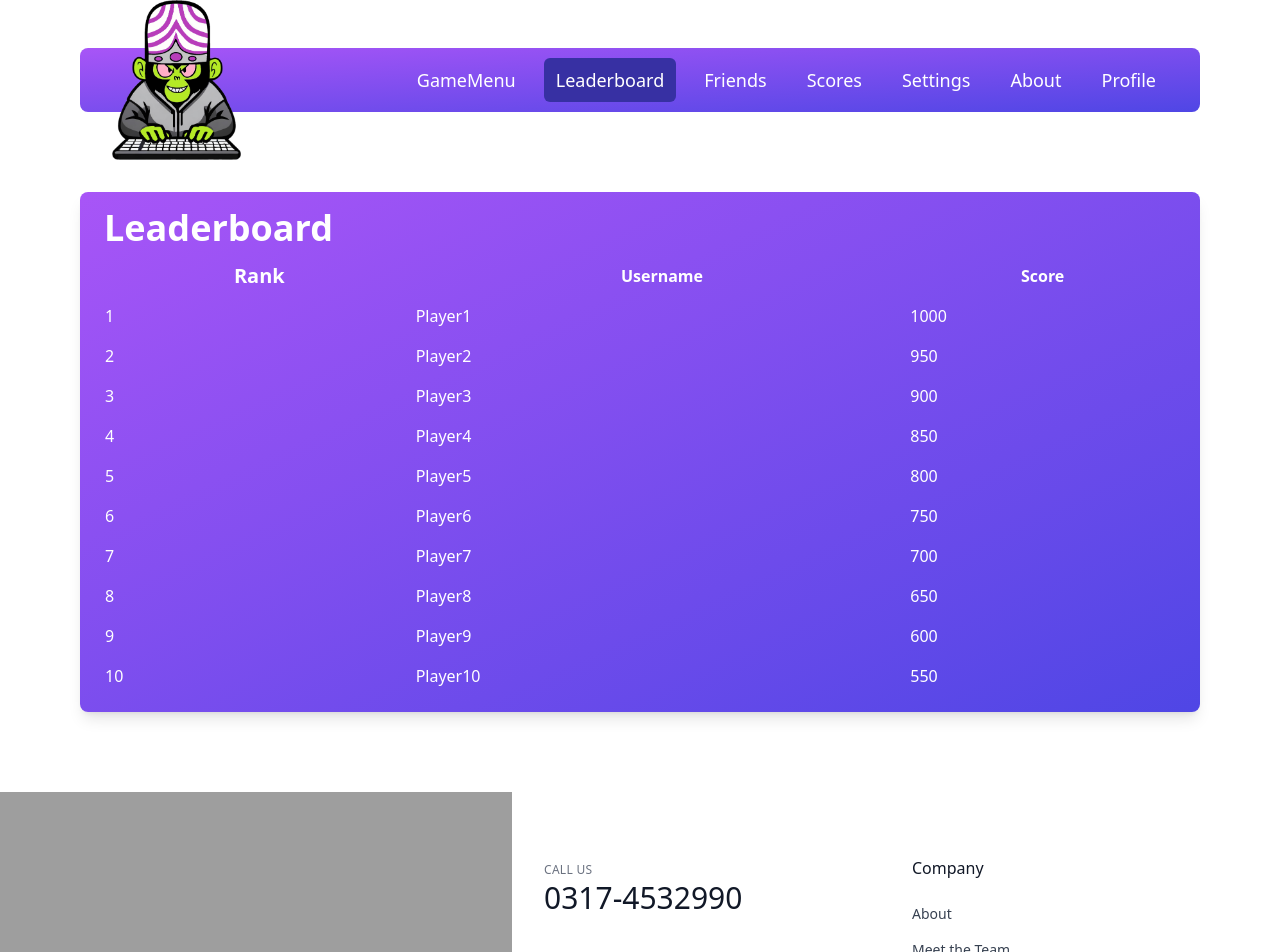
Repository: shaafsalman/notMonkeyType
Page: /Leaderboards (app in not-monkeytype-vite/)
The author's editor kept a copy of each file at every save. The page is drawn from the files as they stood at one save, then again after the next save.
The browser window is 1280 px wide. The pictures show the part of the page from y = 0 to 952 px (the page is 1237 px tall).
Pictures or frames that could not be fetched are drawn as grey boxes. The project was rebuilt for these pictures with package versions that can differ from the ones it lists, and the page was loaded fresh each time. Also part of the build but not shown: not-monkeytype-vite/vite.config.js, not-monkeytype-vite/src/components/Page-Parts/GameMenu.jsx, not-monkeytype-vite/src/components/Page-Parts/Friends.jsx, not-monkeytype-vite/src/components/Page-Parts/Scores.jsx, not-monkeytype-vite/src/components/Page-Parts/Settings.jsx, not-monkeytype-vite/src/components/Page-Parts/Profile.jsx, not-monkeytype-vite/src/components/Page-Parts/NoPage.jsx.

Above is the page before, as saved 2024-05-01 03:52:03.

After the next save:
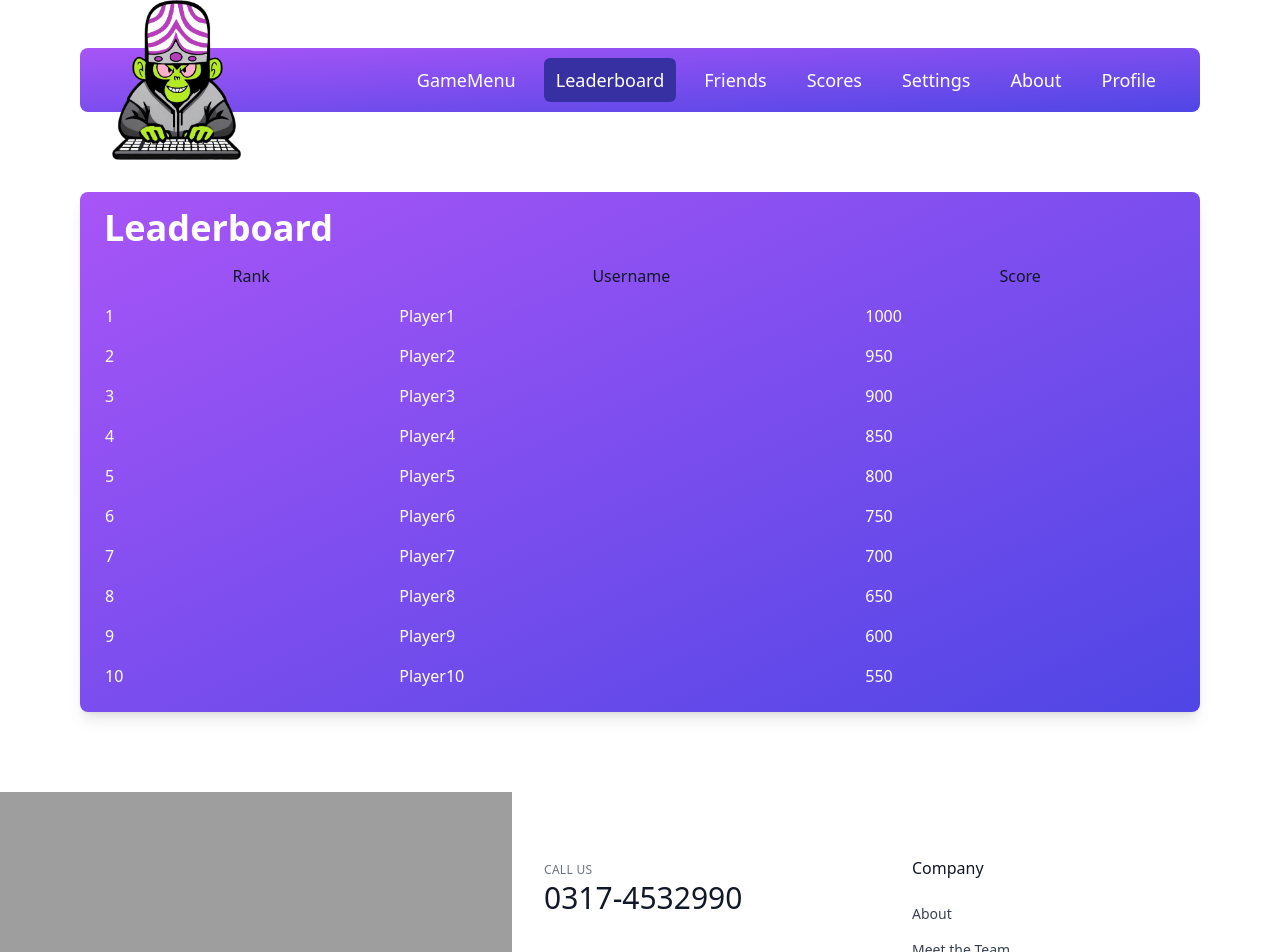
Saved 25 s later.
--- a/not-monkeytype-vite/src/components/Page-Parts/Leaderboards.jsx
+++ b/not-monkeytype-vite/src/components/Page-Parts/Leaderboards.jsx
@@ -23,13 +23,13 @@ const Leaderboards = () => {
           <div className="font-bold text-4xl text-white mb-2">Leaderboard</div>
           <div className="overflow-x-auto">
             <table className="w-full text-white">
-              <thead>
-                <tr>
-                  <th className="py-1 font-bold text-xl">Rank</th>
-                  <th className="py-2">Username</th>
-                  <th className="py-2">Score</th>
-                </tr>
-              </thead>
+            <thead className="ltr:text-left rtl:text-right">
+            <tr>
+              <th className="whitespace-nowrap px-4 py-2 font-medium text-gray-900">Rank</th>
+              <th className="whitespace-nowrap px-4 py-2 font-medium text-gray-900">Username</th>
+              <th className="whitespace-nowrap px-4 py-2 font-medium text-gray-900">Score</th>
+            </tr>
+          </thead>
               <tbody>
                 {leaderboardData.map((data) => (
                   <tr key={data.rank}>
